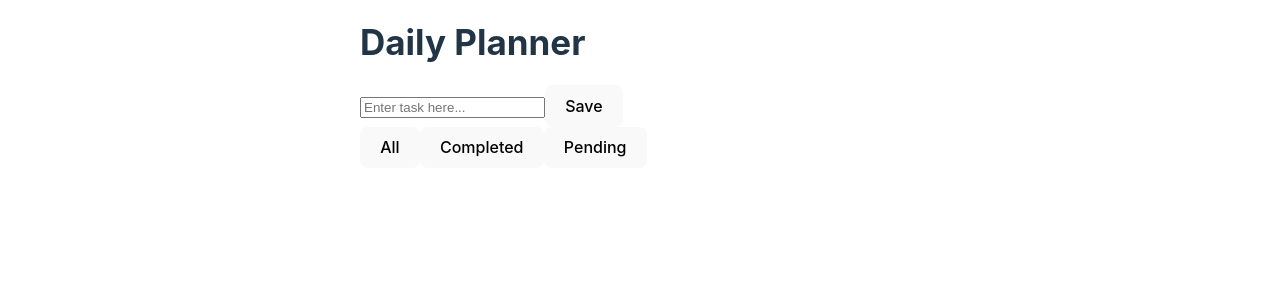
Repository: leslie179/lab4
Page: / (app in lab4/)
An editor plug-in stored every save of this project. The page is shown before and after the next save, followed by the edit.
The browser window is 1280 px wide. The pictures show the whole page.
The project was rebuilt for these pictures with package versions that can differ from the ones it lists, and the page was loaded fresh each time. Also part of the build but not shown: lab4/vite.config.js, lab4/src/components/Task.jsx.

Above is the page before, as saved 2024-10-27 18:06:29.

After the next save:
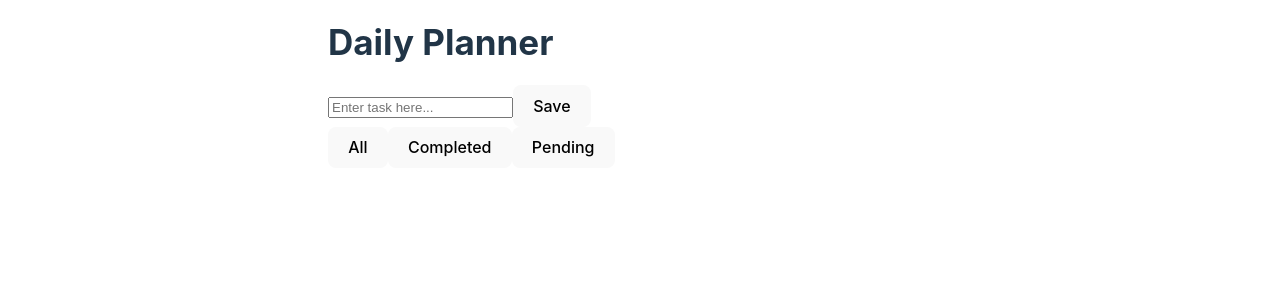
Saved 7 s later.
--- a/lab4/src/App.css
+++ b/lab4/src/App.css
@@ -1,7 +1,7 @@
 #root {
   max-width: 1280px;
   text-align: left;
-  padding-left: 22rem;
+  padding-left: 20rem;
 }
 
 h1{
